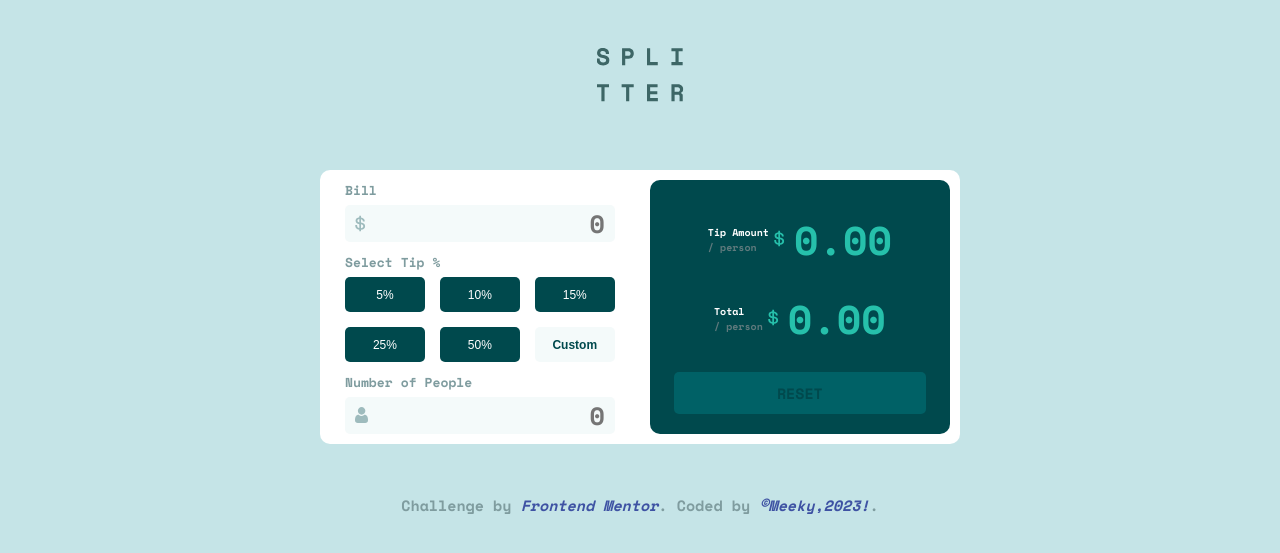
Repository: MeekyBerry/Frontend-Mentor-Challenges
Page: tip-calculator-app/index.html
These files come from the project's save history. The page is drawn as it stood at one moment and after the next save; the edit follows.
The browser window is 1280 px wide. The pictures show the whole page.

Above is the page before, as saved 2023-04-07 21:36:32.

### tip-calculator-app/index.html
<!DOCTYPE html>
<html lang="en">

<head>
  <meta charset="UTF-8">
  <meta name="viewport" content="width=device-width, initial-scale=1.0">
  <link rel="icon" type="image/png" sizes="32x32" href="./css/images/favicon-32x32.png">
  <title> Tip calculator app</title>
  <link rel="stylesheet" href="./css/style.css">
  <script src="./script.js" defer></script>
</head>

<body>
  <div class="heading-logo">
    <img src="./css/images/logo.svg" alt="Logo" class="logo">
  </div>

  <form id="form" class="background">
    <div class="first-container">
      <div class="first-container__content">
        <label for="bill">Bill</label>
        <input type="number" id="bill" placeholder="0" class="bill-input__img input-bar">
      </div>

      <div class="tip">
        <div class="tip--heading">Select Tip %</div>
        <div class="percent-container">
          <button type="button" class="percent five">5%</button>
          <button type="button" class="percent ten">10%</button>
          <button type="button" class="percent fiftheen">15%</button>
          <button type="button" class="percent twenty-five">25%</button>
          <button type="button" class="percent fifty">50%</button>
          <button type="button" class="percent custom" id="cst-btn">Custom</button>
        </div>
      </div>
      <div class="first-container__content">
        <div class="people-validate">
          <label for="number">Number of People</label>
          <span id="validate" class="people-zero">Can't be zero</span>
        </div>
        <!-- <div class="icon-box"> -->
          <input type="number" id="people" class="people-input__img input-bar" placeholder="0">
        <!-- </div> -->
      </div>
    </div>

    <div class="second-container">
      <div class="second-container__content">
      <div class="amount">
        <p class="total">Tip Amount <span class="person">/ person</span></p>
        <div class="digit">
          <svg xmlns="http://www.w3.org/2000/svg" >
            <path fill="var(--Strong-cyan)"
              d="M6.016 16.328v-1.464c1.232-.08 2.22-.444 2.964-1.092.744-.648 1.116-1.508 1.116-2.58v-.144c0-.992-.348-1.772-1.044-2.34-.696-.568-1.708-.932-3.036-1.092V4.184c.56.144 1.012.4 1.356.768.344.368.516.816.516 1.344v.288h1.824v-.432c0-.448-.088-.876-.264-1.284a3.783 3.783 0 00-.744-1.116A4.251 4.251 0 007.54 2.9a5.324 5.324 0 00-1.524-.492V.872H4.288V2.36a5.532 5.532 0 00-1.416.324c-.448.168-.84.392-1.176.672-.336.28-.604.616-.804 1.008-.2.392-.3.844-.3 1.356v.144c0 .96.316 1.708.948 2.244.632.536 1.548.884 2.748 1.044v3.912c-.704-.16-1.248-.472-1.632-.936-.384-.464-.576-1.08-.576-1.848v-.288H.256v.576c0 .464.08.924.24 1.38.16.456.404.88.732 1.272.328.392.744.728 1.248 1.008s1.108.476 1.812.588v1.512h1.728zM4.288 7.424c-.688-.128-1.164-.332-1.428-.612-.264-.28-.396-.644-.396-1.092 0-.464.176-.832.528-1.104.352-.272.784-.448 1.296-.528v3.336zm1.728 5.712V9.344c.768.128 1.328.328 1.68.6.352.272.528.688.528 1.248 0 .544-.196.984-.588 1.32-.392.336-.932.544-1.62.624z" />
          </svg>
          <span id="tip-amount" class="amount-span">0.00</span>
        </div>
      </div>

      <div class="amount">
        <p class="total">Total <span class="person">/ person</span></p>
        <div class="digit">
          <svg xmlns="http://www.w3.org/2000/svg">
            <path fill="var(--Strong-cyan)"
              d="M6.016 16.328v-1.464c1.232-.08 2.22-.444 2.964-1.092.744-.648 1.116-1.508 1.116-2.58v-.144c0-.992-.348-1.772-1.044-2.34-.696-.568-1.708-.932-3.036-1.092V4.184c.56.144 1.012.4 1.356.768.344.368.516.816.516 1.344v.288h1.824v-.432c0-.448-.088-.876-.264-1.284a3.783 3.783 0 00-.744-1.116A4.251 4.251 0 007.54 2.9a5.324 5.324 0 00-1.524-.492V.872H4.288V2.36a5.532 5.532 0 00-1.416.324c-.448.168-.84.392-1.176.672-.336.28-.604.616-.804 1.008-.2.392-.3.844-.3 1.356v.144c0 .96.316 1.708.948 2.244.632.536 1.548.884 2.748 1.044v3.912c-.704-.16-1.248-.472-1.632-.936-.384-.464-.576-1.08-.576-1.848v-.288H.256v.576c0 .464.08.924.24 1.38.16.456.404.88.732 1.272.328.392.744.728 1.248 1.008s1.108.476 1.812.588v1.512h1.728zM4.288 7.424c-.688-.128-1.164-.332-1.428-.612-.264-.28-.396-.644-.396-1.092 0-.464.176-.832.528-1.104.352-.272.784-.448 1.296-.528v3.336zm1.728 5.712V9.344c.768.128 1.328.328 1.68.6.352.272.528.688.528 1.248 0 .544-.196.984-.588 1.32-.392.336-.932.544-1.62.624z" />
          </svg>
          <span id="total-amount" class="amount-span">0.00</span>
        </div>
      </div>
      </div>
      <div class="btn-wrapper">
        <button type="reset" id="reset" class="btn">Reset</button>
      </div>
    </div>
  </form>

  <div class="attribution">
    Challenge by <a href="https://www.frontendmentor.io?ref=challenge" target="_blank">Frontend Mentor</a>.
    Coded by <a href="https://www.linkedin.com/in/mikkylanky/" target="_blank">&copy;Meeky,2023!</a>.
  </div>
</body>

</html>

### tip-calculator-app/css/style.css
@import url("https://fonts.googleapis.com/css2?family=Space+Mono:wght@400;700&display=swap");

:root {
  /* ### Primary */
  --Strong-cyan: hsl(172, 67%, 45%);
  /* ### Neutral */
  --Very-dark-cyan: hsl(183, 100%, 15%);
  --Dark-grayish-cyan: hsl(186, 14%, 43%);
  --Grayish-cyan: hsl(184, 14%, 56%);
  --Light-grayish-cyan: hsl(185, 41%, 84%);
  --Very-light-grayish-cyan: hsl(189, 41%, 97%);
  --White: hsl(0, 0%, 100%);
  --dark-blue: hsl(228, 45%, 44%);
}

html {
  font-size: 50%;
}

*,
::before,
::after {
  margin: 0;
  padding: 0;
  box-sizing: border-box;
}

body {
  font-size: 1.8rem;
  font-family: "Space Mono", sans-serif;
  font-weight: 700;
  background-color: var(--Light-grayish-cyan);
  color: var(--Grayish-cyan);
  height: 100%;
  width: 100%;
}

.heading-logo {
  height: 15rem;
  width: 100%;
  position: relative;
}

.logo {
  position: absolute;
  top: 50%;
  left: 50%;
  transform: translate(-50%, -50%);
}

.background {
  display: flex;
  flex-direction: column;
  justify-content: space-around;
  gap: 1rem;
  background-color: var(--White);
  height: 100%;
  width: 60%;
  border-radius: 1rem;
  padding: 2rem 1rem;
  margin: 2rem auto;
  -webkit-border-radius: 1rem;
  -moz-border-radius: 1rem;
  -ms-border-radius: 1rem;
  -o-border-radius: 1rem;
}

.first-container {
  width: 100%;
  display: flex;
  flex-direction: column;
  align-items: center;
}

.first-container__content {
  display: flex;
  flex-direction: column;
  justify-content: center;
  align-items: center;
  gap: .5rem;
  width: 90%;
}

.people-validate {
  display: flex;
  justify-content: space-between;
  align-items: center;
  gap: 1rem;
  width: 100%;
}

.people-zero {
  color: red;
  font-size: 1rem;
  font-family: "Space Mono", sans-serif;
  font-weight: 400;
  align-self: flex-end;
  display: none;
}

label {
  font-size: 1.3rem;
  align-self: flex-start;
}

.input-bar {
  display: flex;
  justify-content: space-between;
  align-items: center;
  width: 100%;
  border: none;
  border-radius: .5rem;
  font-size: 2.5rem;
  font-family: "Space Mono", sans-serif;
  font-weight: 700;
  text-align: end;
  padding: 0 1rem 0 3rem;
}

.input-bar:focus {
  outline-color: var(--Strong-cyan);
}

.bill-input__img {
  background: url(../css/images/icon-dollar.svg) no-repeat var(--Very-light-grayish-cyan) 1rem 1rem;
  padding: 0 1rem 0 3rem;
}

.people-input__img {
  background: url(../css/images/icon-person.svg) no-repeat var(--Very-light-grayish-cyan) 1rem 1rem;
  padding: 0 1rem 0 3rem;
}

/* Remove Arrows/Spinners ON INPUT */
input::-webkit-outer-spin-button,
input::-webkit-inner-spin-button {
  -webkit-appearance: none;
}

/* Firefox */
input[type="number"] {
  -moz-appearance: textfield;
}

.tip {
  padding: 1rem 0;
  width: 90%;
}

.tip--heading {
  font-size: 1.3rem;
  margin-bottom: .5rem;
}

.percent-container {
  display: grid;
  grid-template-columns: repeat(2, 1fr);
  grid-template-rows: repeat(3, 1fr);
  grid-template-areas:
    "five ten"
    "fiftheen twentyFive"
    "fifty custom";
  place-items: center;
  gap: 1.5rem;
}

.percent {
  background-color: var(--Very-dark-cyan);
  color: var(--White);
  text-align: center;
  border: none;
  font-size: 1.2rem;
  width: 100%;
  height: 3.5rem;
  border-radius: .5rem;
  -webkit-border-radius: .5rem;
  -moz-border-radius: .5rem;
  -ms-border-radius: .5rem;
  -o-border-radius: .5rem;
}

.percent:active {
  background-color: var(--Light-grayish-cyan);
  color: var(--Very-dark-cyan);
  font-weight: 700;
}

.five {
  grid-area: five;
}

.ten {
  grid-area: ten;
}

.fiftheen {
  grid-area: fiftheen;
}

.twenty-five {
  grid-area: twentyFive;
}

.fifty {
  grid-area: fifty;
}

.custom {
  grid-area: custom;
  background-color: var(--Very-light-grayish-cyan);
  color: var(--Very-dark-cyan);
  font-weight: 700;
}

.custom-input {
  background-color: var(--Very-light-grayish-cyan);
  color: var(--Very-dark-cyan);
  border: none;
  padding: 0 1rem;
  font-size: 1.5rem;
  font-weight: 700;
  text-align: end;
  width: 100%;
  height: 100%;
  border-radius: .5rem;
  -webkit-border-radius: .5rem;
  -moz-border-radius: .5rem;
  -ms-border-radius: .5rem;
  -o-border-radius: .5rem;
}

.custom-input:focus {
  outline-color: var(--Strong-cyan);
}

.second-container {
  background-color: var(--Very-dark-cyan);
  border-radius: 1rem;
  padding: 2rem 1rem;
  width: 90%;
  margin: 0 auto;
}

.second-container__content {
  display: flex;
  flex-direction: column;
  justify-content: space-between;
  align-items: center;
}

.amount {
  display: flex;
  justify-content: space-between;
  align-items: center;
  gap: .5rem;
  padding: 1rem;
}

.total {
  color: var(--White);
  font-size: 1rem;
}

.person {
  display: block;
  font-size: rem;
  color: var(--Dark-grayish-cyan);
}

.digit {
  display: flex;
  align-items: center;
  justify-content: center;
  /* gap: 1rem; */
}

svg {
  width: 2rem;
  height: 2rem;
}

.amount-span {
  font-size: 4rem;
  color: var(--Strong-cyan);
}

.btn-wrapper {
  display: flex;
  justify-content: center;
  align-items: center;
}

.btn {
  width: 90%;
  padding: 1rem;
  background-color: hsl(183, 100%, 20%);
  color: var(--Very-dark-cyan);
  border: none;
  text-transform: uppercase;
  font-size: 1.5rem;
  font-weight: 700;
  font-family: "Space Mono", sans-serif;
  border-radius: .5rem;
  -webkit-border-radius: .5rem;
  -moz-border-radius: .5rem;
  -ms-border-radius: .5rem;
  -o-border-radius: .5rem;
}

.attribution {
  font-size: 1.5rem;
  text-align: center;
  margin-top: 5rem;
}

.attribution a {
  color: var(--dark-blue);
  text-decoration: none;
  font-style: italic;
}

@media only screen and (min-width: 600px) {
  html {
    font-size: 56.25%
  }

  .background {
    width: 40%;
  }
}

@media only screen and (min-width: 900px) {
  html {
    font-size: 62.5%;
  }

  .background {
    width: 50%;
    height: 50%;
    margin: 2rem auto;
    flex-direction: row;
    gap: 2rem;
    padding: 1rem;
  }

  .first-container {
    display: flex;
    flex-direction: column;
    justify-content: space-around;
    flex-basis: 50%;
  }

  .percent-container {
    grid-template-columns: repeat(3, 1fr);
    grid-template-rows: repeat(2, 1fr);
    grid-template-areas:
      "five ten fiftheen"
      "twentyFive fifty custom";
  }

  .second-container {
    display: flex;
    flex-direction: column;
    flex-basis: 50%;
  }

  .btn-wrapper {
    margin-top: auto;
  }
}

### tip-calculator-app/script.js
// 1. Get the bill amount from the input field
const billInput = document.getElementById("bill");
// 2. Get the tip percentage from the Button array
const tipButtons = document.querySelectorAll(".percent");
// 2.1. The percentage array contains a Custom button which toggles to input field when clicked
const customButton = document.querySelector(".custom");
// 2.2. Get the custom percentage from the input field
const customInput = document.createElement("input");
// Add style class to created customInput element
// customInput.classList.add('custom-input');
// 3. Get the number of people from the input field
const peopleInput = document.getElementById("people");
// 4. Calculate the tip amount per person;
const tipAmountSpan = document.getElementById("tip-amount");
// 5. Calculate the total cost per person
const totalAmountSpan = document.getElementById("total-amount");
// 6. Display the tip amount per person
const resetButton = document.getElementById("reset");
const validatePeople = document.getElementById("validate");

let bill = 0;
let tipPercentage = 0;
let customPercentage = 0;
let people = 0;

let inputPeople = false;
let error = true;

// calculate tip and total amount
const calculateTip = () => {
  if (people > 0) {
    inputPeople = true;
    let tip = (bill * (tipPercentage + customPercentage)) / 100;
    let total = bill + tip;
    let tipPerPerson = tip / people;
    let totalPerPerson = total / people;
    tipAmountSpan.textContent = `${tipPerPerson.toFixed(2)}`;
    totalAmountSpan.textContent = `${totalPerPerson.toFixed(2)}`;
  }
};

// add event listener for bill input
billInput.addEventListener("input", () => {
  bill = Number(billInput.value);
  calculateTip();
  disableReset();
});

// add event listener for people input
peopleInput.addEventListener("input", () => {
  if (peopleInput.value === "0") {
    validatePeople.style.display = "block";
    peopleInput.style.outlineColor = "red";
  } else {
    validatePeople.style.display = "none";
    peopleInput.style.outlineColor = "hsl(172, 67%, 45%)";
    people = Number(peopleInput.value);
    calculateTip();
    disableReset();
  }
});

// add event listeners for tip buttons
tipButtons.forEach((button) => {
  button.addEventListener("click", () => {
    if (button.classList.contains("custom")) {
      customInput.type = "number";
      customInput.value = "";
      customInput.classList.add("custom-input");
      if (button.parentNode) {
        button.parentNode.replaceChild(customInput, button);
        customInput.focus();
      }
    } else {
      tipPercentage = Number(button.textContent.replace("%", ""));
      calculateTip();
    }
  });
});

// add event listener for custom input
customInput.addEventListener("input", () => {
  customPercentage = Number(customInput.value);
  calculateTip();
});

// add event listener for reset button
resetButton.addEventListener("click", () => {
  billInput.value = "";
  peopleInput.value = "";
  tipAmountSpan.textContent = "0.00";
  totalAmountSpan.textContent = "0.00";
  bill = 0;
  tipPercentage = 0;
  customPercentage = 0;
  people = 0;
  if (customInput.parentNode) {
    customInput.parentNode.replaceChild(customButton, customInput);
  }
  resetButton.disabled = true;
  disableReset();
  validatePeople.style.display = "none";
});

// disable reset button
const disableReset = () => {
  if (billInput.value.trim() === "" && peopleInput.value.trim() === "") {
    resetButton.disabled = true;
    resetButton.style.backgroundColor = "hsl(183, 100%, 25%)";
  } else {
    resetButton.disabled = false;
    resetButton.style.backgroundColor = "hsl(172, 67%, 45%)";
  }
};

// add event listeners for reset button for the active state
resetButton.addEventListener("mousedown", () => {
  resetButton.style.backgroundColor = "hsl(185, 41%, 84%)";
});

resetButton.addEventListener("mouseup", () => {
  resetButton.style.backgroundColor = "hsl(183, 100%, 25%)";
});

After the next save:
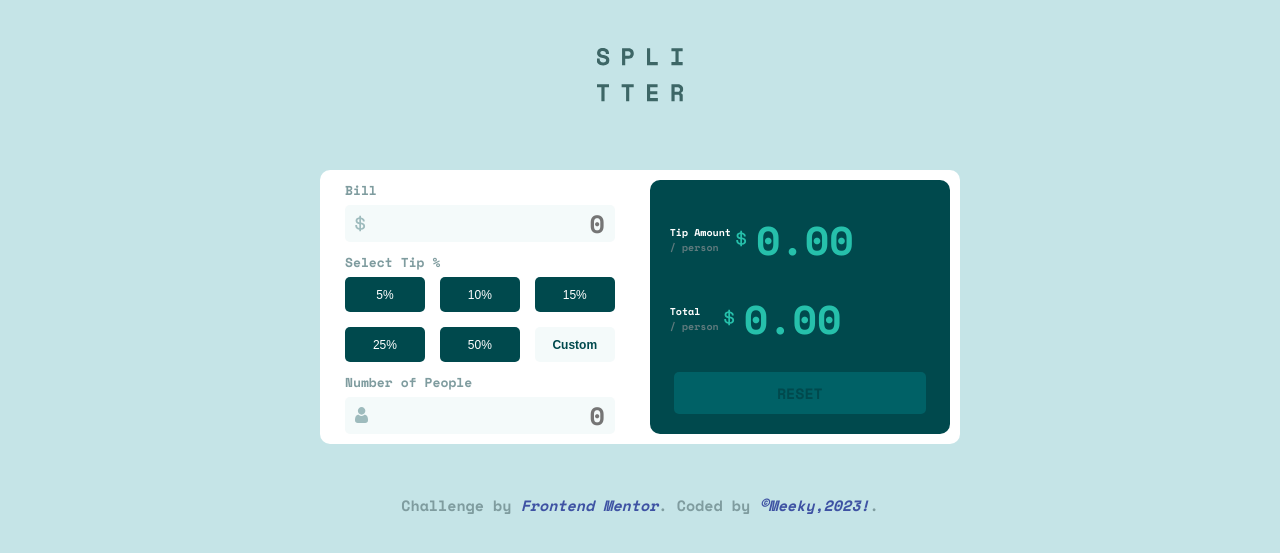
Saved 36 s later.
--- a/tip-calculator-app/css/style.css
+++ b/tip-calculator-app/css/style.css
@@ -244,8 +244,8 @@ input[type="number"] {
 .second-container__content {
   display: flex;
   flex-direction: column;
-  justify-content: space-between;
-  align-items: center;
+  justify-content: center;
+  align-items:flex-start;
 }
 
 .amount {
